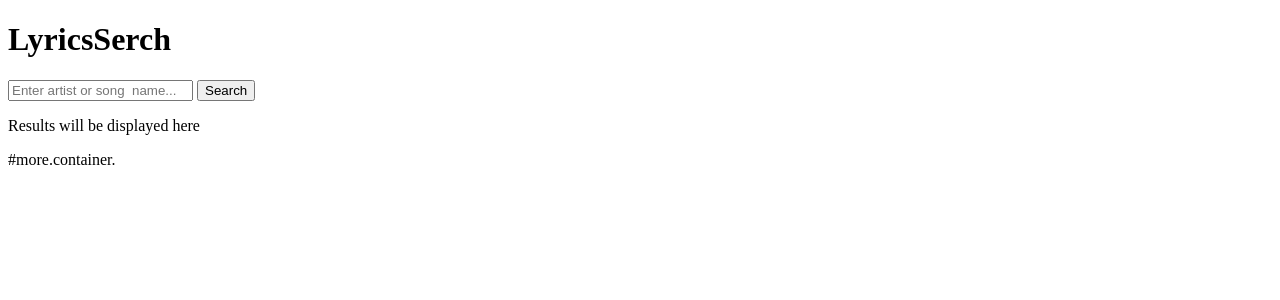
Repository: Pancerzaba/LyricsSearchApp
Page: index.html
An editor plug-in stored every save of this project. The page is shown before and after a run of saves, followed by the edit.
The browser window is 1280 px wide. The pictures show the whole page.

Above is the page before, as saved 2020-09-12 14:52:20.

After the next 2 saves:
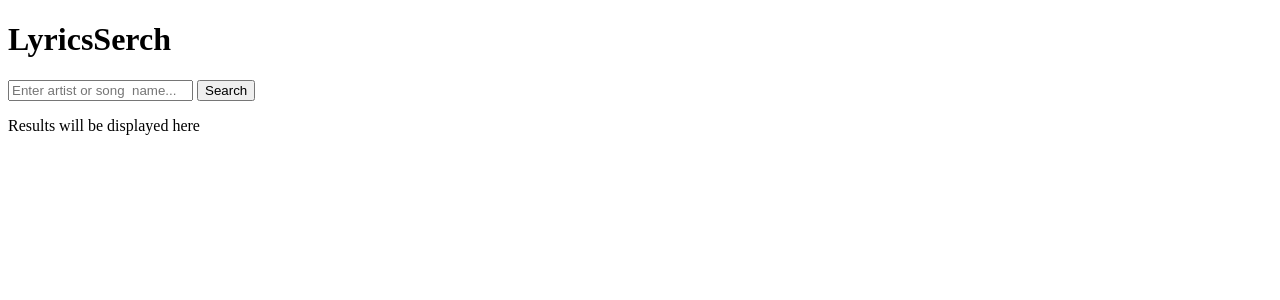
The 2 saves are shown as one change because they came seconds apart.
The last was saved 16 s later.
--- a/index.html
+++ b/index.html
@@ -19,7 +19,7 @@
         <p>Results will be displayed here</p>
     </div>
 
-    #more.container.
+    <div id="more" class="container cencered"></div>
 
     <script src="script.js"></script>
 </body>
